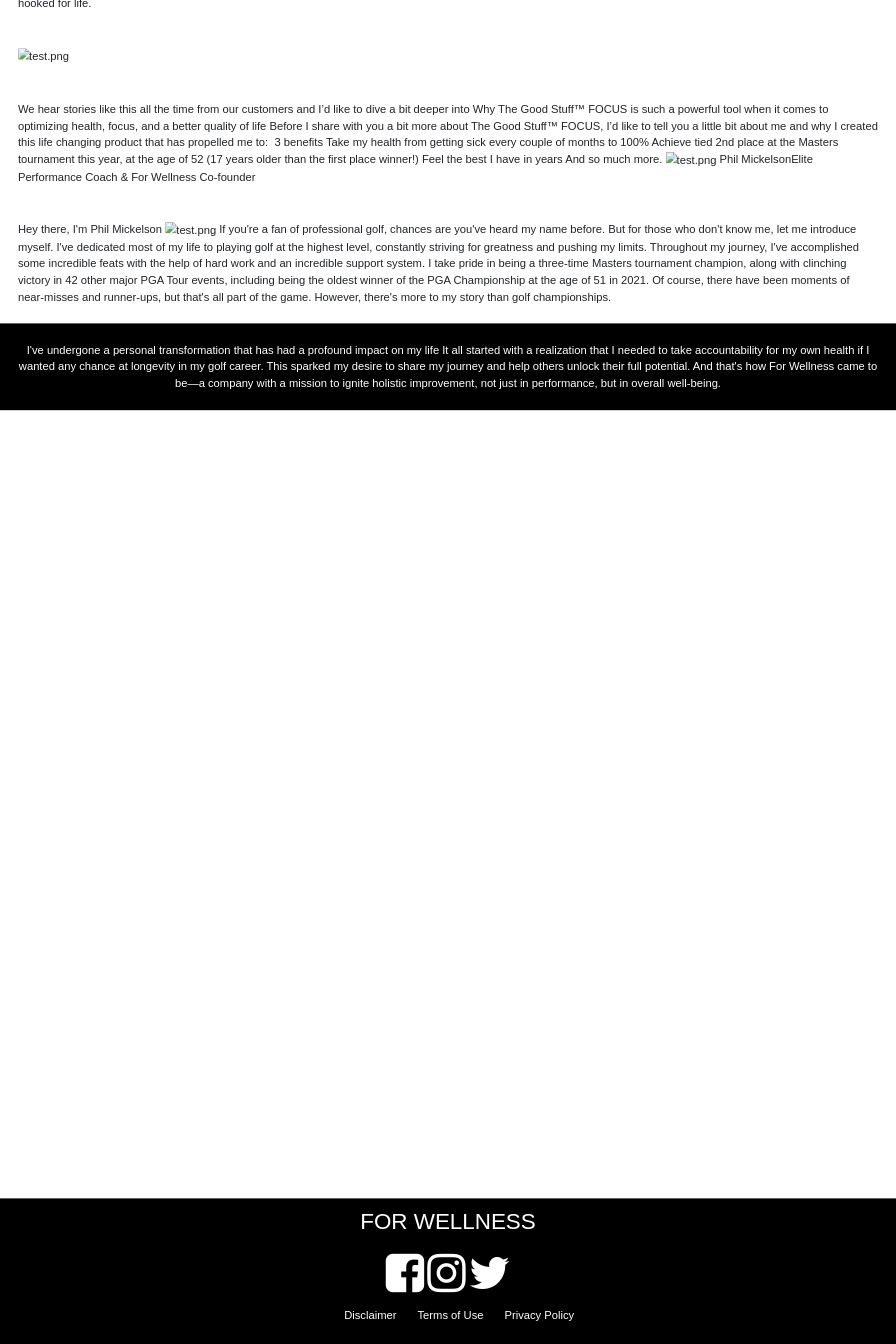
Repository: dariusprince90/wellness-landing
Page: index.html
An editor plug-in stored every save of this project. The page is shown before and after a run of saves, followed by the edit.
The browser window is 1280 px wide. The pictures show the part of the page from y = 1210 to 3130 px (the page is 3130 px tall before and 3123 px after), at 70% of full size.

Above is the page before, as saved 2023-07-25 16:00:33.

### index.html
<!doctype html>
<html lang="en">

<head>
  <title>Title</title>
  <!-- Required meta tags -->
  <meta charset="utf-8">
  <meta name="viewport" content="width=device-width, initial-scale=1, shrink-to-fit=no">

  <!-- Bootstrap CSS v5.2.1 -->
  <link href="https://cdn.jsdelivr.net/npm/bootstrap@5.2.1/dist/css/bootstrap.min.css" rel="stylesheet"
    integrity="sha384-iYQeCzEYFbKjA/T2uDLTpkwGzCiq6soy8tYaI1GyVh/UjpbCx/TYkiZhlZB6+fzT" crossorigin="anonymous">

    <link rel="stylesheet" href="https://maxcdn.bootstrapcdn.com/font-awesome/4.7.0/css/font-awesome.min.css">
    <link rel="stylesheet" href="css/styles.css">


</head>

<body>
  <header>
    Urgent News for Coffee Lovers Across America

  </header>
  <main>

    <section class="s-001-text">

        The Healthy Coffee Creamer that will completely elevate your morning routine.


Could this decadent mocha creamer be the
secret to better Aging, Improved Energy Levels, and a Healthier Body Composition?


1st sales banners

Boosts Energy
and Burns Fat

Boost Focus,
Feel Fuller, and Obtain Mental Clarity


Supercharges the Natural Health Benefits of Your Coffee


Supports Joints,
Skin, and
Hair Health

    </section>
<br/>
<br/>

    <section class="s-002-text">

        “I can’t believe this is actually good for me!”

- I shouted out after my first cup of The Good Stuff FOCUS...


———————————
If you're anything like me, you understand the sheer joy of that perfect cup of morning coffee, complete with a generous scoop of sugar and cream.

The aroma fills the air, that first sip tantalizes your taste buds, and a warm rush of satisfaction washes over you.

It's a routine we can all relate to, isn't it?

Now, when it comes to creamers, my weakness has always been those with a cocoa or chocolate flavor.

It takes that already divine experience and elevates it to new heights of indulgence.
    </section>

    <section class="s-003-text">

        But here's the catch—I've always felt a twinge of guilt
when giving in to my sweet tooth and adding those
extra scoops of cream and sugar to my coffee...

    </section>
    <section class="s-004-text">
        Deep down, I knew it wasn't the healthiest choice, yet I found myself doing it almost every morning

———————————


About a year ago, as I glanced at the scale, I realized it was time for a major change.

Despite considering myself fairly healthy, working out three times a week and making smarter food choices like opting for sweet potato fries over regular ones, I still couldn't shake off that stubborn belly fat and flabby arms.

It puzzled me.

How could I be putting in the effort to stay healthy but still struggle with 20-30 pounds of excess weight?

———————————


For as long as I can remember, my routine involved jogging to Starbucks in Naperville each morning, treating myself to either a grande Java Chip Frappuccino or a Venti Cafe Mocha as a reward for completing my run.

I always assumed these drinks were relatively healthy, no different from the coffee I made at home with cream and sugar.

That illusion shattered when I stumbled upon a Facebook post from one of my fit friends, exposing the alarming sugar content in Starbucks drinks.

Naturally, I was skeptical at first, but curiosity got the better of me. I visited Starbucks' website, and there it was—the nutrition label, revealing a shocking truth.
    </section>
    <section class="s-005-text">
        <img src=""/ alt="test.png">
        <img src=""/ alt="test.png">

    </section>
    <section class="s-006-text">
        I'm no nutritionist or personal trainer, but even I could see the red flags: nearly 60 grams of sugar, over 400 calories per drink, and a laundry list of unrecognizable ingredients like Xanthan Gum, Palm Kernel Oil, and Processed Alkali.

It was a wake-up call.

I realized my health was gradually deteriorating, and there was a reason I couldn't shed that stubborn belly fat, or as I affectionately called it, my built-in flotation device.
———————————


But it wasn't just the weight gain—I began noticing
random bumps and wrinkles on my skin, and my hair
seemed to be thinning by the month.
———————————


Aging, I thought, until I considered the possibility that there might be more to it.

Refusing to accept my fate of carrying around those extra pounds and experiencing premature aging, I embarked on a mission to find a solution.

I scoured the internet for a way to maintain my beloved chocolate coffee morning routine without compromising two things:
———————————


The 2 buttons

The delicious taste of my coffee

And my overall well-being
    </section>

    <section class="s-007-text">

After days of intensive research,
I stumbled upon a unique product
called "The Good Stuff FOCUS"


Created by none other than professional golfer Phil Mickelson and his long-term friend and elite performance coach, Dave Phillips.

It promised to be a healthy alternative to the additional 500 calories
I was consuming each morning in my coffee.

Curiosity piqued, I decided to take the plunge and ordered a
bag—and let me tell you,

I haven't looked back since.



Dave PhillipsElite Performance Coach
& For Wellness Co-founder
    </section>

    <section class="s-008-text">
        <img src=""/ alt="test.png">
        <img src=""/ alt="test.png">
        <img src=""/ alt="test.png">

        The results have been astounding!

3 banners

My productivity has
drastically improved…

My workouts are stronger
and more efficient..

My daily energy has
noticeably improved.

The best part?

I didn't have to sacrifice the heavenly taste I love
in order to become healthier!

It's a win-win situation that has me hooked for life.

    </section>
    <section class="s-009-text">
        <img src=""/ alt="test.png">
    </section>
    <section class="s-010-text">
        We hear stories like this all the time from our customers and
I’d like to dive a bit deeper into


Why The Good Stuff™ FOCUS is such a powerful
tool when it comes to optimizing health, focus,
and a better quality of life


Before I share with you a bit more about
The Good Stuff™ FOCUS, I’d like to tell you a little bit about me and why I created this life changing product that has propelled me to:

3 benefits

Take my health from getting sick every couple of months to 100%

Achieve tied 2nd place at the Masters tournament this year, at the age of 52 (17 years older than the first place winner!)


Feel the best I have in years

And so much more.

<img src=""/ alt="test.png">
Phil MickelsonElite Performance Coach
& For Wellness Co-founder
    </section>

    <section class="s-011-text">
        Hey there, I'm Phil Mickelson
        <img src=""/ alt="test.png">

If you're a fan of professional golf, chances are you've heard my name before.

But for those who don't know me, let me introduce myself.

I've dedicated most of my life to playing golf at the highest level, constantly striving for greatness and pushing my limits.

Throughout my journey, I've accomplished some incredible feats with the help of hard work and an incredible support system.

I take pride in being a three-time Masters tournament champion, along with clinching victory in 42 other major PGA Tour events, including being the oldest winner of the PGA Championship at the age of 51 in 2021.

Of course, there have been moments of near-misses and runner-ups, but that's all part of the game.

However, there's more to my story than golf championships.

    </section>


    <section class="s-012-text">
        I've undergone a personal transformation
that has had a profound impact on my life

It all started with a realization that I needed to take accountability for my own health if
I wanted any chance at longevity in my golf career.

This sparked my desire to share my journey and help others unlock their full potential.

And that's how For Wellness came to be—a company with a mission to ignite holistic improvement, not just in performance, but in overall well-being.
    </section>

    <section class="s-00#-text">
    </section>
    <section class="s-00#-text">
    </section>
    <section class="s-00#-text">
    </section>
    <section class="s-00#-text">
    </section>

    <section class="s-00#-text">
    </section>

    <section class="s-00#-text">
    </section>
    <section class="s-00#-text">
    </section>
    <section class="s-00#-text">
    </section>
    <section class="s-00#-text">
    </section>

    <section class="s-00#-text">
    </section>

    <section class="s-00#-text">
    </section>
    <section class="s-00#-text">
    </section>
    <section class="s-00#-text">
    </section>
    <section class="s-00#-text">
    </section>

    <section class="s-00#-text">
    </section>

    <section class="s-00#-text">
    </section>
    <section class="s-00#-text">
    </section>
    <section class="s-00#-text">
    </section>
    <section class="s-00#-text">
    </section>

    <section class="s-00#-text">
    </section>

    <section class="s-00#-text">
    </section>
    <section class="s-00#-text">
    </section>


  </main>
  <footer>
    <h2>
        FOR WELLNESS
    </h2>
    <span>
        <i class="fa fa-facebook-square soclmd" aria-hidden="true"></i>
        <i class="fa fa-instagram soclmd" aria-hidden="true"></i>
        <i class="fa fa-twitter soclmd" aria-hidden="true"></i>
        <i class="fa-brands fa-tiktok soclmd"></i>


    </span>

    <span>
        <ul>
            <li>Disclaimer</li>
            <li>Terms of Use</li>
            <li>Privacy Policy</li>

        </ul>

    </span>



  </footer>
  <!-- Bootstrap JavaScript Libraries -->
  <script src="https://cdn.jsdelivr.net/npm/@popperjs/core@2.11.6/dist/umd/popper.min.js"
    integrity="sha384-oBqDVmMz9ATKxIep9tiCxS/Z9fNfEXiDAYTujMAeBAsjFuCZSmKbSSUnQlmh/jp3" crossorigin="anonymous">
  </script>

  <script src="https://cdn.jsdelivr.net/npm/bootstrap@5.2.1/dist/js/bootstrap.min.js"
    integrity="sha384-7VPbUDkoPSGFnVtYi0QogXtr74QeVeeIs99Qfg5YCF+TidwNdjvaKZX19NZ/e6oz" crossorigin="anonymous">
  </script>
</body>

</html>

### css/styles.css
@import url('https://fonts.googleapis.com/css2?family=Lato:wght@900&display=swap');

body, footer, header {
    font-family: 'Poppins', sans-serif;
}

footer, header, .s-012-text {
    background-color: #000000;
    color: #ffffff;
    text-align: center;
}

footer, header {
    padding: 1vw;
}

footer {
    bottom: 0;
    position: static;
}

ul li,
li {
    text-decoration: none;
    display: inline;
    padding: 1vw;
}

section {
    padding: 2vw;
}

.soclmd {
    font-size: 5vw;
}


/*
----------------------------------------------------------------
                Section styles
----------------------------------------------------------------
*/

.s-001-text {
        text-emphasis: none;
}

.s-00#-text {
    text-emphasis: none;
}

.s-00#-text {
    text-emphasis: none;
}

.s-00#-text {
    text-emphasis: none;
}

.s-00#-text {
    text-emphasis: none;
}

.s-00#-text {
    text-emphasis: none;
}


.s-00#-text {
    text-emphasis: none;
}

.s-00#-text {
    text-emphasis: none;
}

.s-00#-text {
    text-emphasis: none;
}

.s-00#-text {
    text-emphasis: none;
}

.s-00#-text {
    text-emphasis: none;
}

.s-00#-text {
    text-emphasis: none;
}

.s-00#-text {
    text-emphasis: none;
}

.s-00#-text {
    text-emphasis: none;
}

.s-00#-text {
    text-emphasis: none;
}

.s-00#-text {
    text-emphasis: none;
}


.s-00#-text {
    text-emphasis: none;
}

.s-00#-text {
    text-emphasis: none;
}

.s-00#-text {
    text-emphasis: none;
}

.s-00#-text {
    text-emphasis: none;
}

.s-00#-text {
    text-emphasis: none;
}


.s-00#-text {
    text-emphasis: none;
}

.s-00#-text {
    text-emphasis: none;
}

.s-00#-text {
    text-emphasis: none;
}

.s-00#-text {
    text-emphasis: none;
}

.s-00#-text {
    text-emphasis: none;
}


.s-00#-text {
    text-emphasis: none;
}

.s-00#-text {
    text-emphasis: none;
}

.s-00#-text {
    text-emphasis: none;
}

.s-00#-text {
    text-emphasis: none;
}

.s-00#-text {
    text-emphasis: none;
}



.s-00#-text {
    text-emphasis: none;
}

.s-00#-text {
    text-emphasis: none;
}

After the next 2 saves:
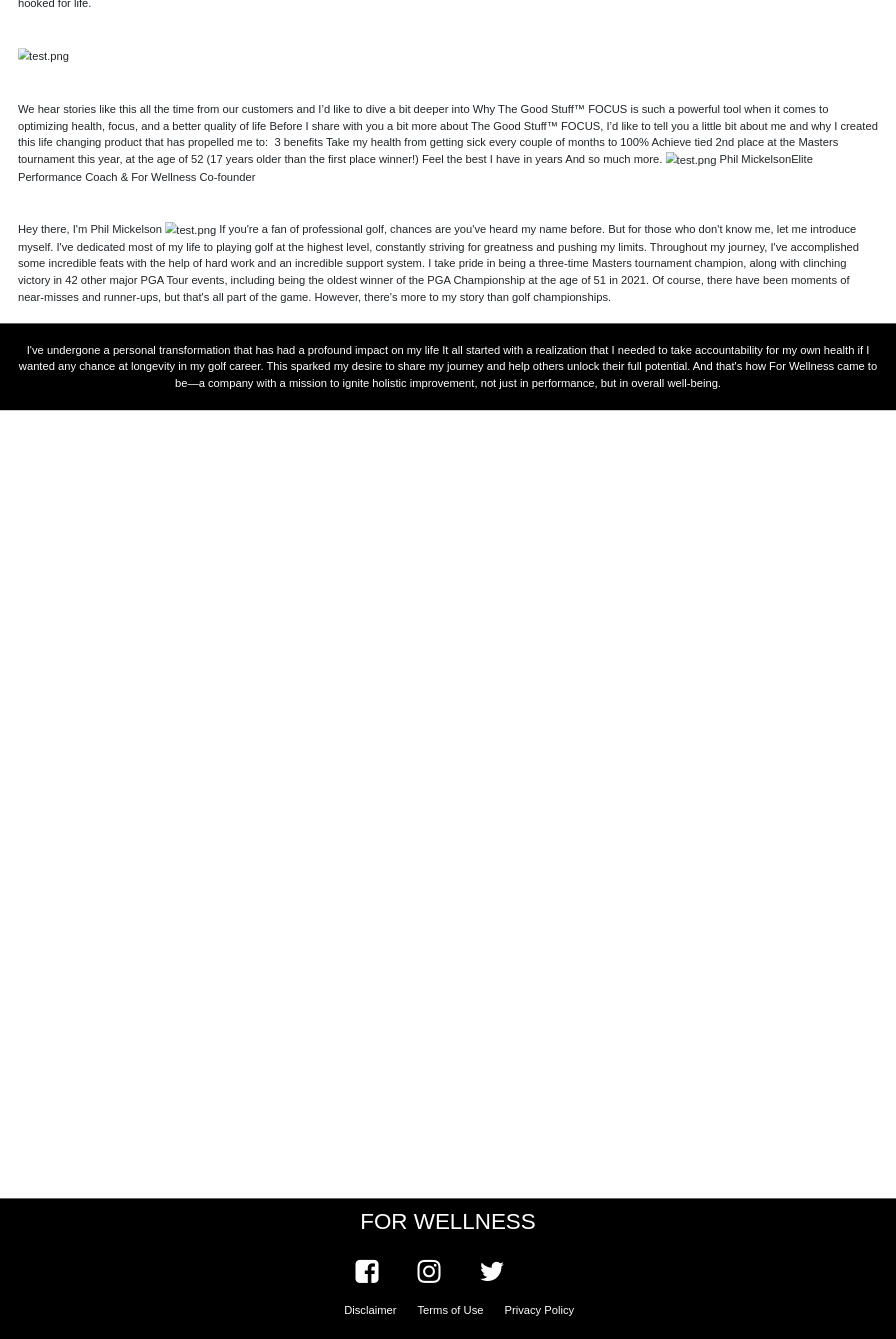
The 2 saves are shown as one change because they came seconds apart.
The last was saved 15 s later.
--- a/css/styles.css
+++ b/css/styles.css
@@ -31,7 +31,9 @@
 }
 
 .soclmd {
-    font-size: 5vw;
+    font-size: 3vw;
+    padding: 2vw;
+
 }
 
 
